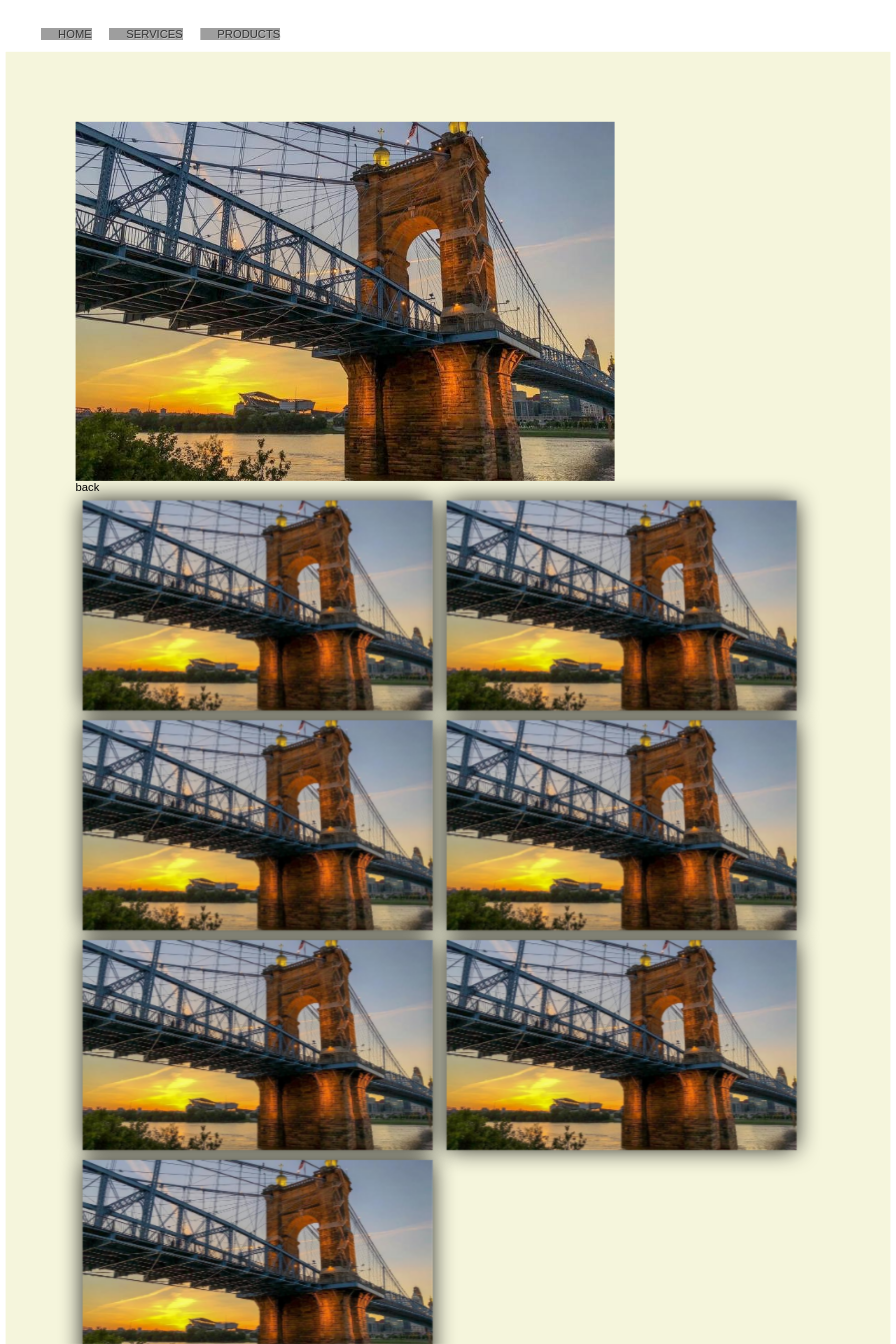
Repository: LtGriff/capstoneprogress
Page: index.html
These files come from the project's save history. The page is drawn as it stood at one moment and after the next save; the edit follows.
The browser window is 1280 px wide. The pictures show the part of the page from y = 0 to 1920 px (the page is 4621 px tall before and 4404 px after), at 70% of full size.
Pictures or frames that could not be fetched are drawn as grey boxes.

Above is the page before, as saved 2022-06-06 03:24:29.
Console error: TypeError: Cannot read properties of null (reading 'addEventListener')

After the next save:
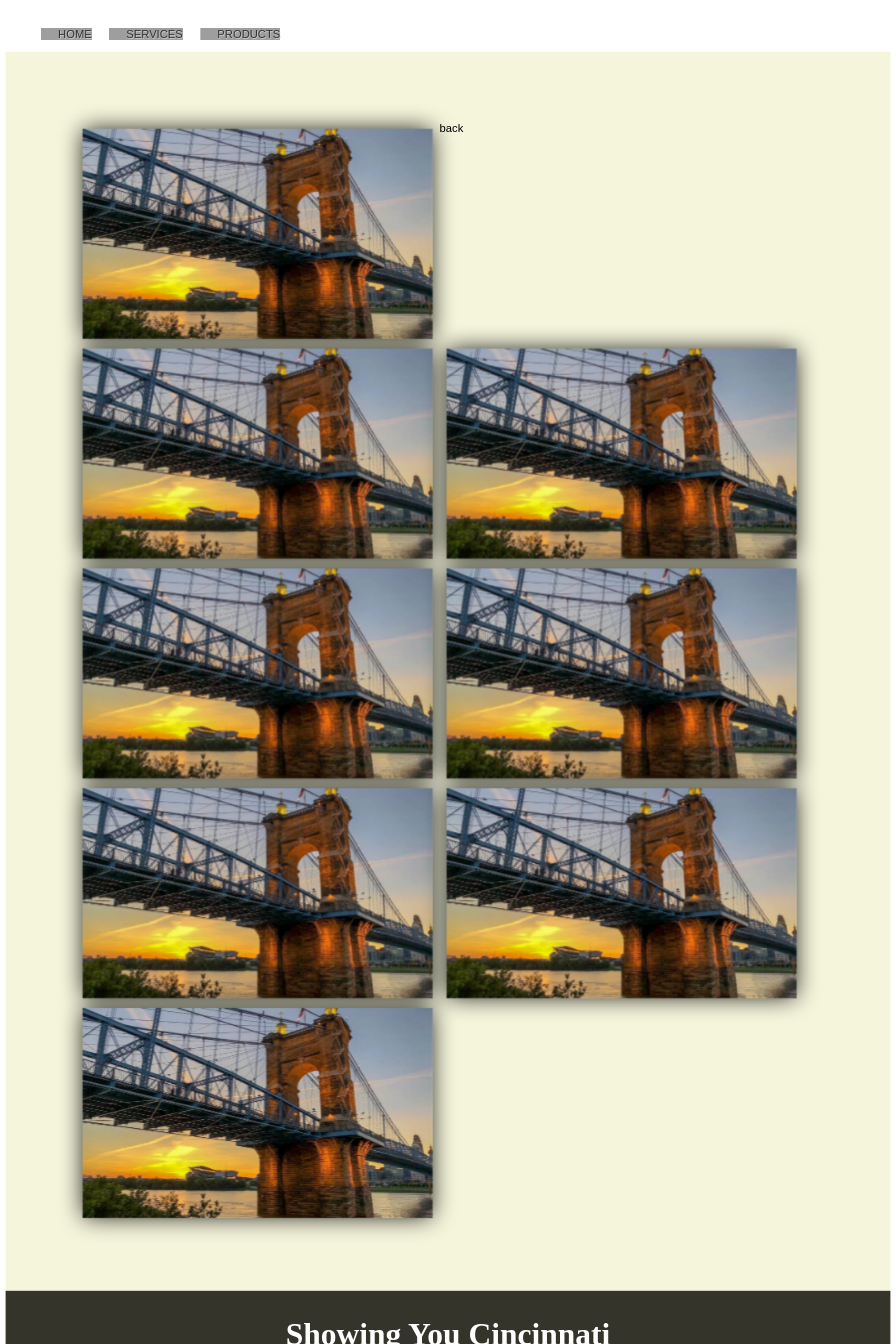
Saved 6 s later.
--- a/index.html
+++ b/index.html
@@ -23,7 +23,7 @@
 
 <section class="gallery scene--card">
 
-          <div>
+          <div class="card"
                <div class="card__face card__face--front">
                     <img src="img/bridge.jpg" alt="bridge">
                </div>
